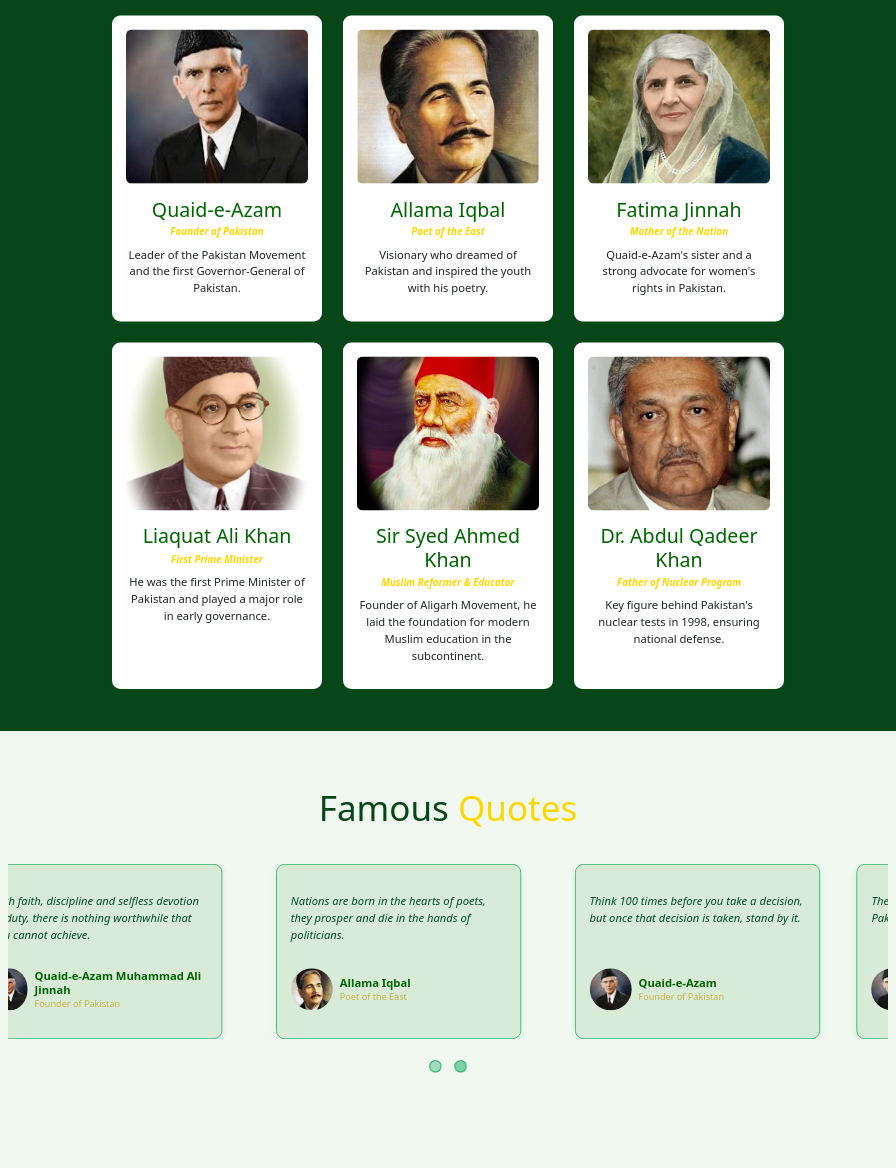
Repository: memonmuhammadali98/Pakistan-Independence-Day
Page: index.html
These files come from the project's save history. The page is drawn as it stood at one moment and after the next save; the edit follows.
The browser window is 1280 px wide. The pictures show the part of the page from y = 3185 to 5105 px (the page is 4854 px tall before and 5105 px after), at 70% of full size.

Above is the page before, as saved 2025-08-09 16:11:05.
Console error: TypeError: Cannot set properties of null (setting 'innerHTML')

### index.html
<!DOCTYPE html>
<html lang="en">

<head>
  <meta charset="UTF-8">
  <meta name="viewport" content="width=device-width, initial-scale=1.0">
  <title>Independence Day</title>
  <!-- External CSS -->
  <link rel="stylesheet" href="./style.css">
  <!-- Bootstrap CDN -->
  <link href="https://cdn.jsdelivr.net/npm/bootstrap@5.3.7/dist/css/bootstrap.min.css" rel="stylesheet"
    integrity="sha384-LN+7fdVzj6u52u30Kp6M/trliBMCMKTyK833zpbD+pXdCLuTusPj697FH4R/5mcr" crossorigin="anonymous">
  <script src="https://cdn.jsdelivr.net/npm/bootstrap@5.3.7/dist/js/bootstrap.bundle.min.js"
    integrity="sha384-ndDqU0Gzau9qJ1lfW4pNLlhNTkCfHzAVBReH9diLvGRem5+R9g2FzA8ZGN954O5Q"
    crossorigin="anonymous"></script>
</head>

<body>
  <!-- Navbar Starts -->
  <nav class="navbar navbar-expand-lg navbar">
    <div class="container-fluid">
      <a class="navbar-brand" href="#">
        <img src="./Assets/logo-removebg-preview (1).png" alt="Logo" width="70px" height="50px">
      </a>
      <button class="navbar-toggler" type="button" data-bs-toggle="collapse" data-bs-target="#navbarSupportedContent"
        aria-controls="navbarSupportedContent" aria-expanded="false" aria-label="Toggle navigation">
        <span class="navbar-toggler-icon"></span>
      </button>
      <div class="collapse navbar-collapse" id="navbarSupportedContent">
        <ul class="navbar-nav me-auto ms-auto gap-5 mb-2 mb-lg-0 f-s-5">
          <li class="nav-item">
            <a class="nav-link active" aria-current="page" href="#">Home</a>
          </li>
          <li class="nav-item">
            <a class="nav-link active" href="#">About</a>
          </li>
          <li class="nav-item">
            <a class="nav-link active" aria-disabled="true">History</a>
          </li>
          <li class="nav-item">
            <a class="nav-link active" aria-disabled="true">Gallery</a>
          </li>
          <li class="nav-item">
            <a class="nav-link active" aria-disabled="true">Stories</a>
          </li>
        </ul>
        <form class="d-flex" role="search">
          <button class="btn" type="submit">Search</button>
        </form>
      </div>
    </div>
  </nav>
  <!-- Navbar Ends -->

  <!-- Hero Section Starts -->
  <!-- <section class="hero-section">
    <h1>Countdown to 14th August</h1>
    <div id="countdown"></div>
    <div id="message"></div>

    <div id="fireworks" class="firework-container" style="display: none;">
    <div class="firework"></div>
    <div class="firework"></div>
    <div class="firework"></div>
  </div>

  <div id="baaja-left" class="baaja">
    <img src="./Assets/Baja.png" alt="Baaja" width="300px">
  </div>
  <div id="baaja-right" class="baaja">
    <img src="./Assets/Baja-right.png" alt="Baja" width="300px">
  </div>

  </section> -->
  <!-- Hero Section Ends -->


  <!-- About Section Starts -->
  <!-- <section class="about-section">
    <div class="container">
    <h2>About Independence Day</h2>
    <p>
      Every year on <strong>14th August</strong>, Pakistan celebrates its Independence Day with great pride and honor.
      It marks the day when Pakistan became a sovereign nation in <strong> 1947</strong>. The day is a symbol of freedom, sacrifices, and the efforts of our leaders and ancestors who made this country possible.
    </p>
    <p>
      We celebrate with parades, flags, lights, and unity reminding ourselves of the values of peace, hard work, and patriotism.
    </p>
  </div>
   </section> -->


  <!-- HERO SECTION STARTS -->
  <section class="hero-section">
    <div class="hero-text">
      <h1>Celebrating Freedom Honoring <span style="color: gold;">Sacrifice</span></h1>
      <p>On this 14th August, let's remember the heroes who gave us independence and strive for a better Pakistan.</p>
      <button>Explore Our Journey</button>
    </div>
    <div class="hero-img">
      <img src="./Assets/hero-img.png" alt="Hero img" class="hero-img-1">
      <!-- <img src="./Assets/hero-img-2.png" alt="Hero img 2" class="Hero-img-2">
      <img src="./Assets/Hero-img-3.png" alt="Hero img 3" class="Hero-img-3"> -->
    </div>
  </section>
  <!-- HERO SECTION ENDS -->

  <!-- ABOUT SECTION STARTS -->
  <section class="about-section">
    <h2>About <span style="color: gold;">Pakistan</span></h2>
    <div class="about-container">
      <div class="about-img">
        <div class="flag-wrapper">
          <div class="flag">
            <div class="white-part"></div>
            <div class="green-part">
              <div class="crescent"></div>
              <div class="star"></div>
            </div>
          </div>
        </div>
      </div>
      <div class="about-text">
        <p>
          Pakistan is a country rich in history, culture, and natural beauty. From the majestic mountains of the north
          to the vast deserts in the south, it is a land of diversity and tradition. The people of Pakistan are known
          for their hospitality, resilience, and deep-rooted values. With a vision for progress and unity, Pakistan
          continues to grow while honoring its heritage and identity.
        </p>
      </div>
    </div>
  </section>
  <!-- ABOUT SECTION ENDS -->

  <!-- HISTORY SECTION STARTS -->
  <section class="history-section">
    <h2>Pakistan's Historical <span style="color: gold;">Journey</span></h2>
    <div class="timeline">

      <div class="timeline-item">
        <span class="year">1857 🔥</span>
        <h3>First War of Independence</h3>
        <p>The First War of Independence began, igniting the spark for freedom from British rule.</p>
      </div>

      <div class="timeline-item">
        <span class="year">1906 🕌</span>
        <h3>Formation of Muslim League</h3>
        <p>The All-India Muslim League was founded to represent Muslim interests in British India.</p>
      </div>

      <div class="timeline-item">
        <span class="year">1940 📜</span>
        <h3>Lahore Resolution</h3>
        <p>The Pakistan Resolution was passed in Lahore, demanding a separate homeland for Muslims.</p>
      </div>

      <div class="timeline-item">
        <span class="year">1947 🕊️</span>
        <h3>Independence of Pakistan</h3>
        <p>Pakistan gained independence on August 14 under the leadership of Quaid-e-Azam Muhammad Ali Jinnah.</p>
      </div>

      <div class="timeline-item">
        <span class="year">1956 📖</span>
        <h3>First Constitution</h3>
        <p>Pakistan became the Islamic Republic by adopting its first constitution on March 23.</p>
      </div>

      <div class="timeline-item">
        <span class="year">1965 ⚔️</span>
        <h3>Second War with India</h3>
        <p>Pakistan and India fought a war over Kashmir, ending with the Tashkent Agreement.</p>
      </div>

      <div class="timeline-item">
        <span class="year">1971 💔</span>
        <h3>Fall of Dhaka</h3>
        <p>The separation of East Pakistan led to the creation of Bangladesh after civil war.</p>
      </div>

      <div class="timeline-item">
        <span class="year">1973 🏛️</span>
        <h3>New Constitution</h3>
        <p>A new constitution was passed, establishing a parliamentary system in Pakistan.</p>
      </div>

      <div class="timeline-item">
        <span class="year">1998 💣</span>
        <h3>Nuclear Tests</h3>
        <p>Pakistan conducted successful nuclear tests in Chaghi, becoming the 7th nuclear power in the world.</p>
      </div>

    </div>
  </section>
  <!-- HISTORY SECTION ENDS -->

  <!-- NATIONAL HERO SECTION STARTS -->
   <section class="national-hero-section">
  <h2>National Heroes of <span style="color: gold;">Pakistan</span></h2>
  <div class="national-hero-cards">

    <div class="national-hero-card">
      <img src="assets/Quaid-img.jpeg" alt="Quaid-e-Azam">
      <h3>Quaid-e-Azam</h3>
      <p class="title">Founder of Pakistan</p>
      <p>Leader of the Pakistan Movement and the first Governor-General of Pakistan.</p>
    </div>

    <div class="national-hero-card">
      <img src="assets/Allama-Iqbal-img.webp" alt="Allama Iqbal">
      <h3>Allama Iqbal</h3>
      <p class="title">Poet of the East</p>
      <p>Visionary who dreamed of Pakistan and inspired the youth with his poetry.</p>
    </div>

    <div class="national-hero-card">
      <img src="assets/fatima-jinnah.jpg" alt="Fatima Jinnah">
      <h3>Fatima Jinnah</h3>
      <p class="title">Mother of the Nation</p>
      <p>Quaid-e-Azam's sister and a strong advocate for women's rights in Pakistan.</p>
    </div>

    <div class="national-hero-card">
      <img src="assets/Liaquat-Ali-Khan-img.jpg" alt="Allama Iqbal">
      <h3>Liaquat Ali Khan</h3>
      <p class="title">First Prime Minister</p>
      <p>He was the first Prime Minister of Pakistan and played a major role in early governance.</p>
    </div>

    <div class="national-hero-card">
      <img src="assets/Sir-Syed-Ahmed-Khan-img.webp" alt="Allama Iqbal">
      <h3>Sir Syed Ahmed Khan</h3>
      <p class="title">Muslim Reformer & Educator</p>
      <p>Founder of Aligarh Movement, he laid the foundation for modern Muslim education in the subcontinent.</p>
    </div>

    <div class="national-hero-card">
      <img src="assets/Abdul-Qadeer-Khan-img.webp" alt="Dr. Abdul Qadeer Khan">
      <h3>Dr. Abdul Qadeer Khan</h3>
      <p class="title">Father of Nuclear Program</p>
      <p>Key figure behind Pakistan's nuclear tests in 1998, ensuring national defense.</p>
    </div>

  </div>
</section>


<!-- Quote Section Starts -->
   <div class="quote-section container-xxl">
      <h2>Famous <span style="color: gold;">Quotes</span></h2>

  <div id="testimonialCarousel" class="carousel slide" data-bs-ride="carousel">

    <div class="carousel-inner" id="carouselContent"></div>

    <div class="carousel-indicators justify-content-center mt-3" id="carouselIndicators"></div>
  </div>


<div id="allTestimonialCards" class="d-none">

            <div class="testi-card-1">
      <div class="testi-para">
        <p>With faith, discipline and selfless devotion to duty, there is nothing worthwhile that you cannot achieve.</p>
      </div>
      <div class="testi-intro">
        <img src="./Assets/Quaid-img.jpeg" alt="pfp" class="testi-pfp">
        <div class="testi-intro-text">
          <h3>Quaid-e-Azam Muhammad Ali Jinnah</h3>
          <span style="color: rgb(198, 178, 68);;">Founder of Pakistan</span>
        </div>
      </div>

    </div>


          <div class="testi-card-1">
      <div class="testi-para">
        <p>Nations are born in the hearts of poets, they prosper and die in the hands of politicians.</p>
      </div>
      <div class="testi-intro">
        <img src="./Assets/Allama-Iqbal-img.webp" alt="pfp" class="testi-pfp">
        <div class="testi-intro-text">
          <h3>Allama Iqbal</h3>
          <span style="color: rgb(198, 178, 68);;">Poet of the East</span>
        </div>
      </div>
     </div>


          <div class="testi-card-1">
      <div class="testi-para">
        <p>Think 100 times before you take a decision, but once that decision is taken, stand by it.</p>
      </div>
      <div class="testi-intro">
        <img src="./Assets/Quaid-img.jpeg" alt="pfp" class="testi-pfp">
        <div class="testi-intro-text">
          <h3>Quaid-e-Azam</h3>
          <span style="color: rgb(198, 178, 68);;">Founder of Pakistan</span>
        </div>
      </div>
     </div>


          <div class="testi-card-1">
      <div class="testi-para">
        <p>There is no power on earth that can undo Pakistan.</p>
      </div>
      <div class="testi-intro">
        <img src="./Assets/Quaid-img.jpeg" alt="pfp" class="testi-pfp">
        <div class="testi-intro-text">
          <h3>Muhammad Ali Jinnah</h3>
          <span style="color: rgb(198, 178, 68);">Founder of Pakistan</span>
        </div>
      </div>
     </div>
</div>
</div>
 <!-- Quote Section Ends -->




  <script>
    // Set the target date (14 August of current year OR test with few seconds from now)
    var now = new Date();
    var year = now.getFullYear();

    // For demo/testing: trigger after 5 seconds
    var targetDate = new Date(new Date().getTime() + 5000);

    // Countdown and elements
    var countdown = document.getElementById("countdown");
    var message = document.getElementById("message");
    var leftBaaja = document.getElementById("baaja-left");
    var rightBaaja = document.getElementById("baaja-right");

    var timer = setInterval(function () {
      var currentTime = new Date().getTime();
      var timeLeft = targetDate.getTime() - currentTime;

      if (timeLeft <= 0) {
        clearInterval(timer);
        countdown.innerHTML = "";
        message.innerHTML = "Happy Independence Day Pakistan!";
        message.classList.add("message-animate");

        // Show fireworks and baajas
        document.getElementById("fireworks").style.display = "block";
        leftBaaja.style.display = "block";
        rightBaaja.style.display = "block";

        // Slide in animation
        leftBaaja.classList.add("slideInLeft");
        rightBaaja.classList.add("slideInRight");

        // After sliding, add continuous bounce
        leftBaaja.addEventListener("animationend", function () {
          leftBaaja.classList.add("bounce");
        });

        rightBaaja.addEventListener("animationend", function () {
          rightBaaja.classList.add("bounce");
        });

      } else {
        var days = Math.floor(timeLeft / (1000 * 60 * 60 * 24));
        var hours = Math.floor((timeLeft % (1000 * 60 * 60 * 24)) / (1000 * 60 * 60));
        var minutes = Math.floor((timeLeft % (1000 * 60 * 60)) / (1000 * 60));
        var seconds = Math.floor((timeLeft % (1000 * 60)) / 1000);

        countdown.innerHTML =
          days + "d " + hours + "h " + minutes + "m " + seconds + "s ";
      }
    }, 1000);
  </script>

  <script>
    <!-- Testimonial JS Starts -->
function getCardsPerSlide() {
  if (window.innerWidth >= 992) return 3; // large screen
  if (window.innerWidth >= 768) return 2; // medium
  return 1; // small
}

function buildCarousel() {
  const allCards = Array.from(document.querySelectorAll('#allTestimonialCards .testi-card-1'));
  const carouselInner = document.getElementById('carouselContent');
  const indicators = document.getElementById('carouselIndicators');
  const cardsPerSlide = getCardsPerSlide();

  carouselInner.innerHTML = '';
  indicators.innerHTML = '';

  let slides = [];

  if (cardsPerSlide === 3 && allCards.length === 4) {
    // Large screen: avoid solo card
    slides = [
      [0, 1, 2], // Slide 1
      [3, 0, 1]  // Slide 2
    ];
  } else {
    // Normal grouping
    for (let i = 0; i < allCards.length; i += cardsPerSlide) {
      const group = [];
      for (let j = 0; j < cardsPerSlide; j++) {
        const index = i + j;
        if (index < allCards.length) {
          group.push(index);
        }
      }
      slides.push(group);
    }
  }

  slides.forEach((group, slideIndex) => {
    const slide = document.createElement('div');
    slide.classList.add('carousel-item');
    if (slideIndex === 0) slide.classList.add('active');

    const row = document.createElement('div');
    row.classList.add('row', 'g-4' ,'justify-content-center');

    group.forEach(index => {
      const col = document.createElement('div');
      if (cardsPerSlide === 3) {
  col.className = 'col-lg-4';
} else if (cardsPerSlide === 2) {
  col.className = 'col-md-6';
} else {
  col.className = 'col-12 d-flex justify-content-center'; // ✅ fix for small screens
}
      col.appendChild(allCards[index].cloneNode(true));
      row.appendChild(col);
    });

    slide.appendChild(row);
    carouselInner.appendChild(slide);

    const dot = document.createElement('button');
    dot.setAttribute('type', 'button');
    dot.setAttribute('data-bs-target', '#testimonialCarousel');
    dot.setAttribute('data-bs-slide-to', slideIndex);
    dot.setAttribute('aria-label', `Slide ${slideIndex + 1}`);
    if (slideIndex === 0) {
      dot.classList.add('active');
      dot.setAttribute('aria-current', 'true');
    }
    indicators.appendChild(dot);
  });
}

window.addEventListener('DOMContentLoaded', buildCarousel);
window.addEventListener('resize', buildCarousel);
  </script>

</body>

</html>

Loaded but not shown: style.css (686 lines, source omitted)

After the next save:
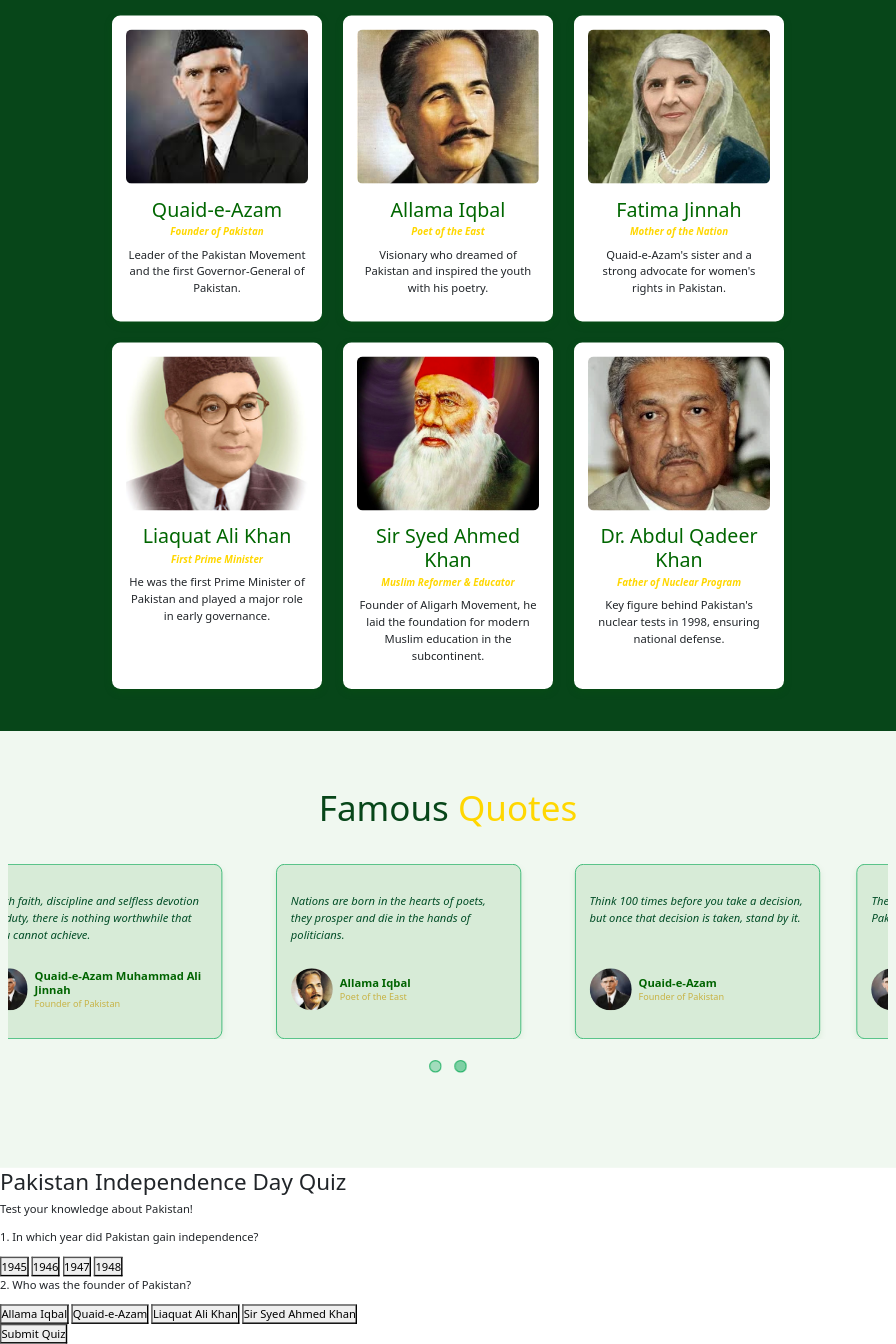
Saved 2 min 10 s later.
--- a/index.html
+++ b/index.html
@@ -319,6 +319,30 @@
 </div>
  <!-- Quote Section Ends -->
 
+ <section class="quiz-section">
+  <h2>Pakistan Independence Day Quiz</h2>
+  <p>Test your knowledge about Pakistan!</p>
+
+  <div class="quiz-question">
+    <p>1. In which year did Pakistan gain independence?</p>
+    <button class="option">1945</button>
+    <button class="option">1946</button>
+    <button class="option">1947</button>
+    <button class="option">1948</button>
+  </div>
+
+  <div class="quiz-question">
+    <p>2. Who was the founder of Pakistan?</p>
+    <button class="option">Allama Iqbal</button>
+    <button class="option">Quaid-e-Azam</button>
+    <button class="option">Liaquat Ali Khan</button>
+    <button class="option">Sir Syed Ahmed Khan</button>
+  </div>
+
+  <button class="submit-btn">Submit Quiz</button>
+</section>
+
+
 
 
 
